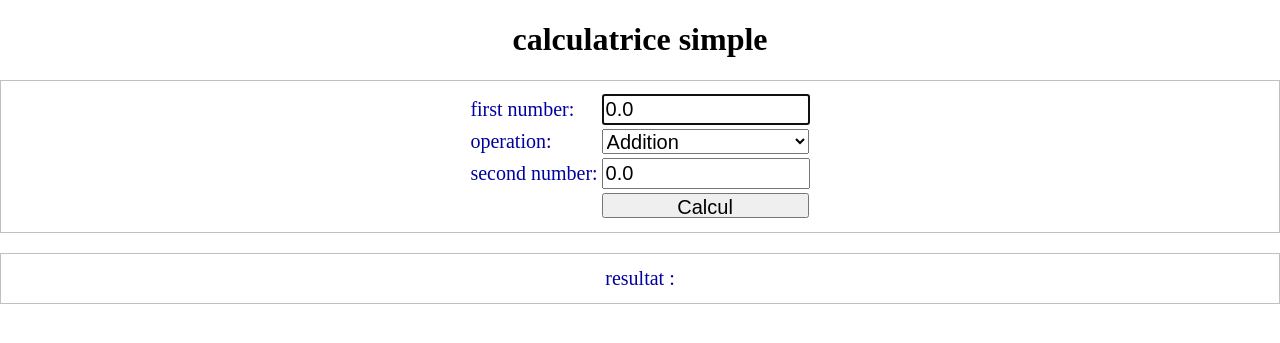
Repository: almahdi76/CalSimple
Page: http://localhost/CalSimple/test.jsp
The author's editor kept a copy of each file at every save. The page is drawn from the files as they stood at one save, then again after the next save.
The browser window is 1280 px wide. The pictures show the whole page.
The page is served by Tomcat 9.

Above is the page before, as saved 2022-06-13 11:16:38.

After the next save:
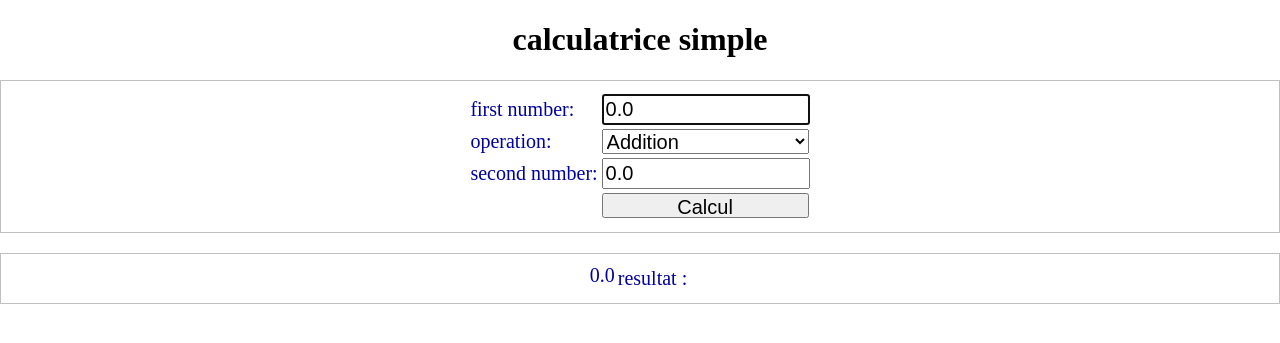
Saved 41 s later.
--- a/jsp/CalSimple/src/main/webapp/test.jsp
+++ b/jsp/CalSimple/src/main/webapp/test.jsp
@@ -53,7 +53,7 @@
 	<table>
 		<tr>
 			<td>resultat : </td>
-			<c:if test="cal not Empty"> <jsp:getProperty property="y" name="resl"/></c:if>
+			 <jsp:getProperty property="y" name="resl"/>
 	</td>
 		</tr>
 	</table>
